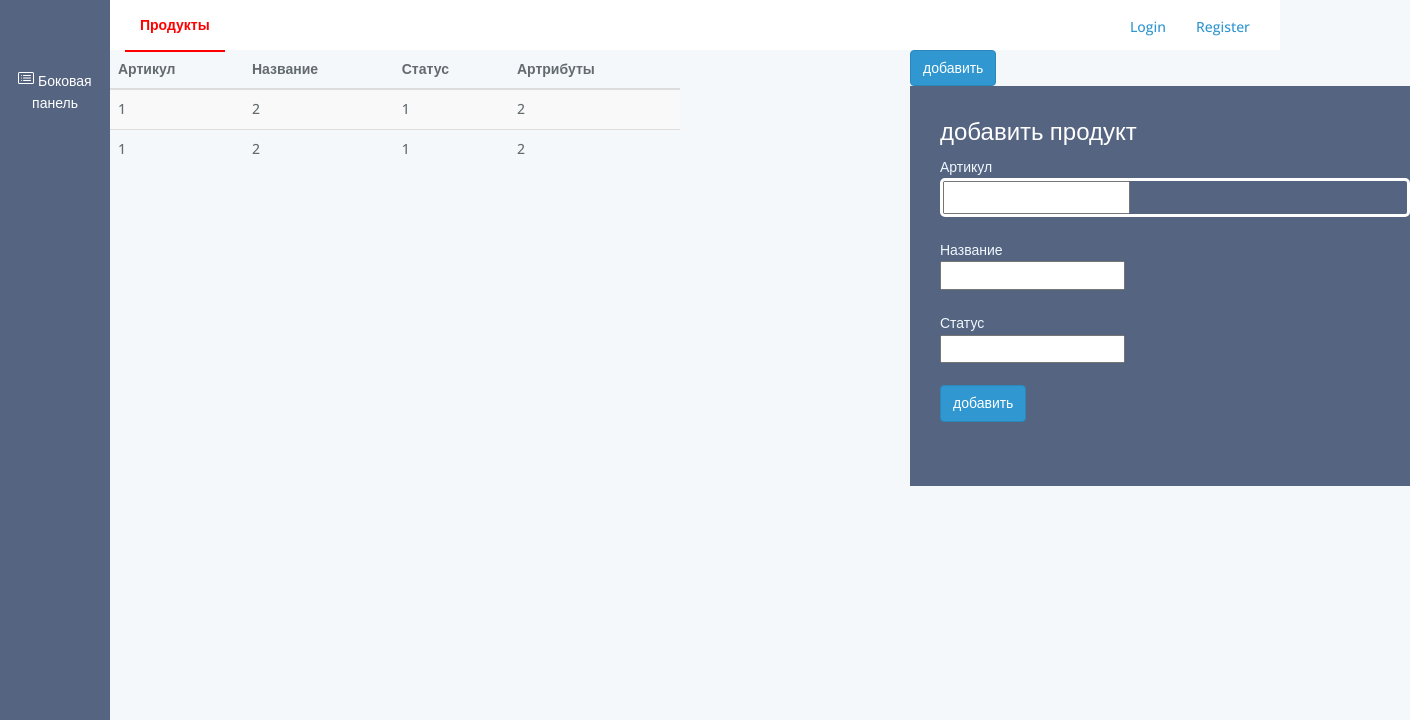
Repository: blackjack043/laravel-crud
Page: http://localhost/page2
The author's editor kept a copy of each file at every save. The page is drawn from the files as they stood at one save, then again after the next save.
The browser window is 1280 px wide. The page is 1410 px wide, so the pictures cover 1410 px, including what lies to the right of the window. The pictures show the whole page.
Some web fonts or font styles are not loaded; a fallback is used. The page is served by the project's Laravel application, run on PHP 8.4 with Laravel 8.

Above is the page before, as saved 2022-03-07 16:18:03.

After the next save:
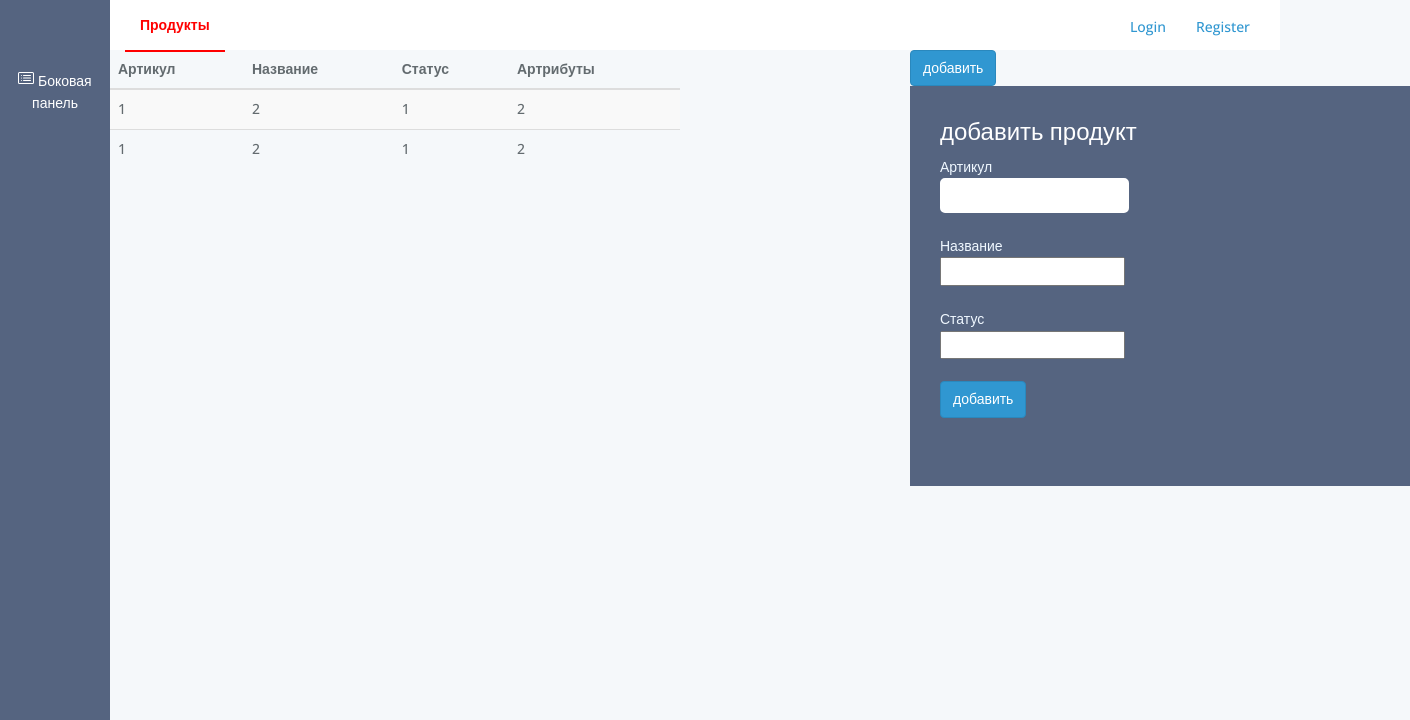
Saved 26 s later.
--- a/resources/views/page2.blade.php
+++ b/resources/views/page2.blade.php
@@ -85,7 +85,7 @@
     <div style="color: white"><h3>добавить продукт</h3></div>
 
     <div> <span style="color:aliceblue"> Артикул </span> </div>
-    <div style="border-radius: 5px;  border: 3px solid #ffffff;"><input type="text" style="padding: 3px;"/> </div>
+    <div style=""><input type="text" style="padding: 3px;border-radius: 5px;  border: 3px solid #ffffff;"/> </div>
     <br>
     <div> <span style="color:aliceblue"> Название </span> </div>
     <div><input type="text" /> </div>
